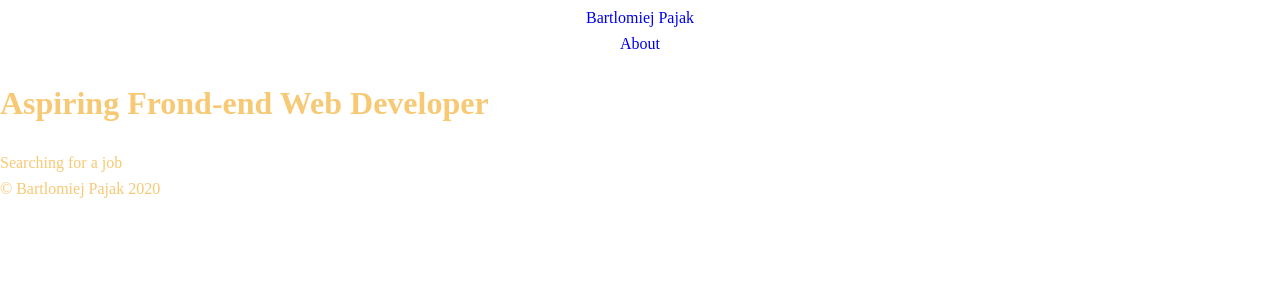
Repository: spidero7/personal-site
Page: index.html
The author's editor kept a copy of each file at every save. The page is drawn from the files as they stood at one save, then again after the next save.
The browser window is 1280 px wide. The pictures show the whole page.
Some web fonts or font styles are not loaded; a fallback is used.

Above is the page before, as saved 2020-04-15 22:09:55.

After the next save:
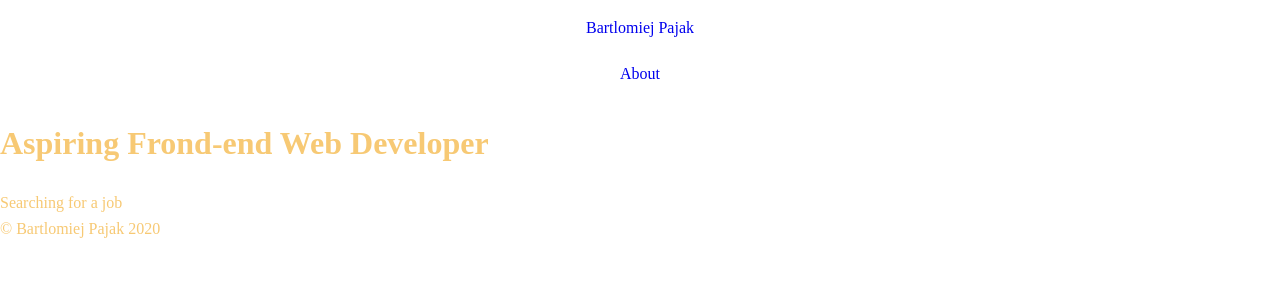
Saved 7 s later.
--- a/css/style.css
+++ b/css/style.css
@@ -36,5 +36,5 @@ a {
 .main-nav a {
     text-align: center;
     display: block;
-    pad
+    padding: 10px 15px;
 }
